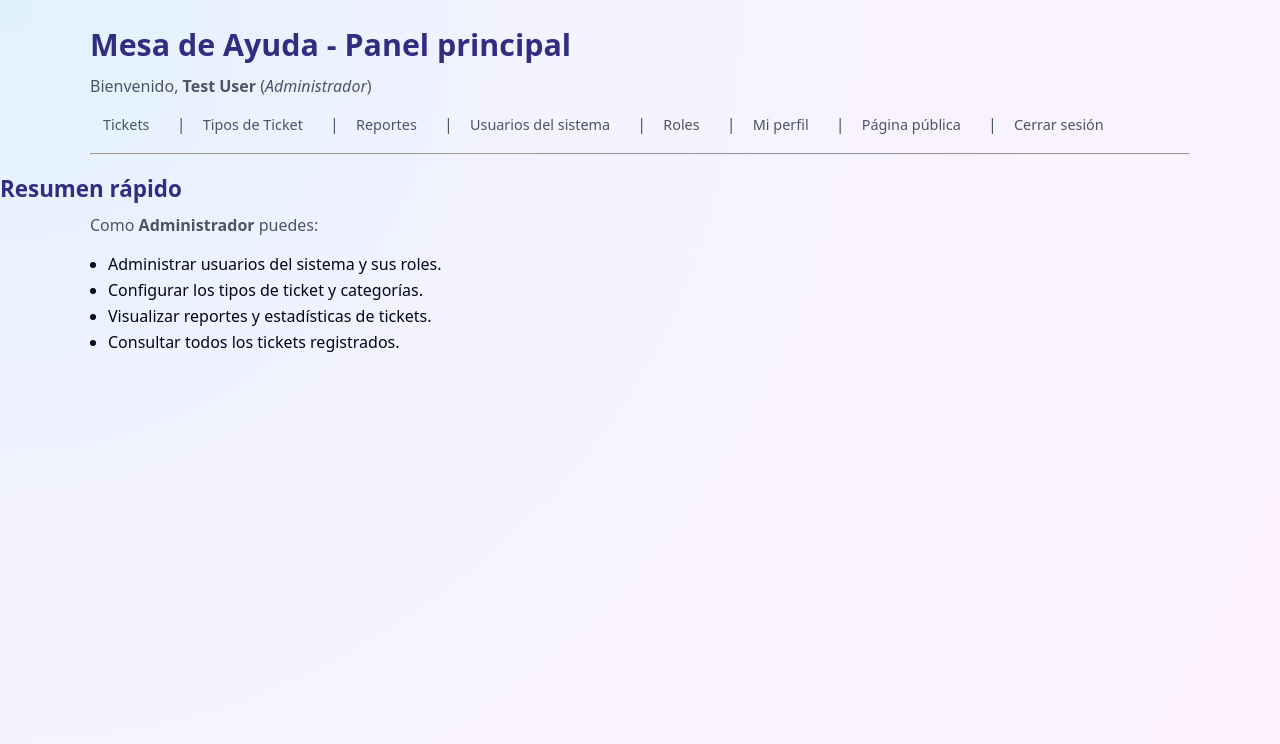
Repository: eleazarrrg/Proyecto-Mesa-Ayuda
Page: http://localhost/mesa-ayuda/dashboard.php
These files come from the project's save history. The page is drawn as it stood at one moment and after the next save; the edit follows.
The browser window is 1280 px wide. The pictures show the whole page.
The page is run by PHP 8.4 with error messages shown; the project is at /var/www/html/. The session is filled in as if someone had signed in: {"user_id": 1, "user_name": "Test User", "role_id": 1}. Other server files are loaded and not shown.

Above is the page before, as saved 2025-12-06 22:01:28.

### public/dashboard.php
<?php
// public/dashboard.php
session_start();

if (!isset($_SESSION['user_id'])) {
    header('Location: index.php');
    exit;
}

$nombreUsuario = $_SESSION['user_name'] ?? 'Usuario';
$roleId        = $_SESSION['role_id'] ?? null;

// Helpers de rol
$esAdmin     = ($roleId == 1);
$esAgente    = ($roleId == 2);
$esEstudiante= ($roleId == 3);

$nombreRol = 'Usuario';
if ($esAdmin) {
    $nombreRol = 'Administrador';
} elseif ($esAgente) {
    $nombreRol = 'Agente de TI';
} elseif ($esEstudiante) {
    $nombreRol = 'Estudiante';
}
?>
<!DOCTYPE html>
<html lang="es">
<head>
    <meta charset="UTF-8">
    <title>Mesa de Ayuda - Panel principal</title>
    <link rel="stylesheet" href="../assets/css/style.css">
</head>
<body>
    <h1>Mesa de Ayuda - Panel principal</h1>

    <p>
        Bienvenido, <strong><?= htmlspecialchars($nombreUsuario); ?></strong>
        (<em><?= htmlspecialchars($nombreRol); ?></em>)
    </p>

    <p>
        <!-- Opciones comunes -->
        <a href="tickets.php">Tickets</a>

        <!-- Solo ESTUDIANTE puede crear tickets -->
        <?php if ($esEstudiante): ?>
            | <a href="ticket_nuevo.php">Crear Ticket</a>
        <?php endif; ?>

        <!-- Admin: configuración y administración -->
        <?php if ($esAdmin): ?>
            | <a href="tipos_ticket.php">Tipos de Ticket</a>
            | <a href="reportes.php">Reportes</a>
            | <a href="usuarios.php">Usuarios del sistema</a>
            | <a href="roles.php">Roles</a>
        <?php endif; ?>

        <!-- Agente: puede ver reportes -->
        <?php if ($esAgente): ?>
            | <a href="reportes.php">Reportes</a>
        <?php endif; ?>

        | <a href="perfil.php">Mi perfil</a>
        | <a href="public_home.php">Página pública</a>
        | <a href="logout.php">Cerrar sesión</a>
    </p>

    <hr>

    <h2>Resumen rápido</h2>

    <?php if ($esAdmin): ?>
        <p>
            Como <strong>Administrador</strong> puedes:
        </p>
        <ul>
            <li>Administrar usuarios del sistema y sus roles.</li>
            <li>Configurar los tipos de ticket y categorías.</li>
            <li>Visualizar reportes y estadísticas de tickets.</li>
            <li>Consultar todos los tickets registrados.</li>
        </ul>
    <?php elseif ($esAgente): ?>
        <p>
            Como <strong>Agente de TI</strong> puedes:
        </p>
        <ul>
            <li>Ver y gestionar los tickets asignados desde el listado de tickets.</li>
            <li>Registrar la solución antes de culminar un ticket.</li>
            <li>Consultar reportes y estadísticas de tickets.</li>
        </ul>
    <?php elseif ($esEstudiante): ?>
        <p>
            Como <strong>Estudiante</strong> puedes:
        </p>
        <ul>
            <li>Crear nuevos tickets indicando el tipo de solicitud.</li>
            <li>Ver el estado de tus tickets y las respuestas del agente.</li>
            <li>Llenar la encuesta de satisfacción cuando el ticket se marca como culminado.</li>
            <li>Actualizar tu contraseña desde el módulo de perfil.</li>
        </ul>
    <?php else: ?>
        <p>Tu rol no está correctamente configurado. Contacta al administrador del sistema.</p>
    <?php endif; ?>
</body>
</html>

### assets/css/style.css
/* =========================================
   ESTILOS GENERALES
========================================= */
:root {
    /* Fondo general */
    --bg-body: #f5f3ff;
    --bg-card: #ffffff;

    /* Header y zonas oscuras */
    --bg-header: #4c1d95;
    --bg-header-soft: #312e81;

    /* Color principal */
    --primary: #0ea5e9;
    --primary-soft: #e0f2fe;
    --primary-dark: #0284c7;

    /* Semáforos */
    --danger: #ef4444;
    --success: #16a34a;
    --warning: #f59e0b;

    /* Texto y bordes */
    --text-main: #020617;
    --text-soft: #4b5563;
    --border-soft: #e5e7eb;

    /* Sombras y radios */
    --shadow-soft: 0 12px 28px rgba(15, 23, 42, 0.08);
    --radius-card: 14px;
    --radius-pill: 999px;

    --transition-fast: 0.18s ease-out;
    --font-main: system-ui, -apple-system, BlinkMacSystemFont, "Segoe UI", sans-serif;
}

*,
*::before,
*::after {
    box-sizing: border-box;
}

html, body {
    margin: 0;
    padding: 0;
}

body {
    font-family: var(--font-main);
    background: radial-gradient(circle at top left, #e0f2fe 0, #f5f3ff 40%, #fdf2ff 100%);
    color: var(--text-main);
    min-height: 100vh;
}

/* Contenedor principal centrado */
body > h1,
body > p,
body > form,
body > table,
body > hr,
body > ul {
    max-width: 1100px;
    margin-left: auto;
    margin-right: auto;
}

/* Para páginas que tengan un contenedor principal */
.container,
.wrapper-main {
    max-width: 1100px;
    margin: 24px auto 40px auto;
    padding: 0 16px;
}

/* =========================================
   TIPOGRAFÍA Y LINKS
========================================= */
h1 {
    font-size: 1.9rem;
    font-weight: 700;
    margin: 24px auto 10px auto;
    color: var(--bg-header-soft);
    text-align: left;
}

h2 {
    font-size: 1.4rem;
    margin: 18px auto 10px auto;
    color: var(--bg-header-soft);
}

h3 {
    font-size: 1.1rem;
    margin: 16px 0 8px 0;
    color: var(--bg-header-soft);
}

p {
    margin: 6px 0 10px;
    color: var(--text-soft);
    line-height: 1.45;
}

a {
    color: var(--primary);
    text-decoration: none;
    font-weight: 500;
}

a:hover {
    text-decoration: underline;
}

/* =========================================
   BARRA DE NAVEGACIÓN SENCILLA (la del dashboard)
========================================= */

body > p a {
    display: inline-block;
    margin-right: 10px;
    padding: 6px 12px;
    border-radius: var(--radius-pill);
    border: 1px solid transparent;
    background-color: transparent;
    font-size: 0.9rem;
    color: var(--text-soft);
    transition: background-color var(--transition-fast), color var(--transition-fast), border-color var(--transition-fast), transform var(--transition-fast);
}

body > p a:hover {
    background-color: var(--primary-soft);
    color: var(--primary-dark);
    border-color: rgba(37, 99, 235, 0.25);
    text-decoration: none;
    transform: translateY(-1px);
}

/* Para indicar la página actual manualmente si quieres */
.nav-active {
    background-color: var(--primary);
    color: #ffffff !important;
    border-color: var(--primary-dark);
}

/* =========================================
   CARDS (puedes usarlas envolviendo contenido con class="card")
========================================= */
.card {
    background-color: var(--bg-card);
    border-radius: var(--radius-card);
    box-shadow: var(--shadow-soft);
    padding: 18px 20px;
    margin: 18px auto;
    border: 1px solid rgba(148, 163, 184, 0.15);
}

.card-header {
    display: flex;
    align-items: baseline;
    justify-content: space-between;
    margin-bottom: 10px;
}

.card-header h2,
.card-header h3 {
    margin: 0;
}

.card-header small {
    color: var(--text-soft);
}

/* =========================================
   FORMULARIOS
========================================= */

form {
    background-color: var(--bg-card);
    border-radius: var(--radius-card);
    padding: 20px 22px;
    margin: 18px auto 30px auto;
    box-shadow: var(--shadow-soft);
    border: 1px solid rgba(148, 163, 184, 0.18);
}

label {
    display: block;
    font-size: 0.9rem;
    margin-bottom: 4px;
    font-weight: 600;
    color: var(--text-soft);
}

input[type="text"],
input[type="password"],
input[type="email"],
input[type="date"],
input[type="number"],
input[type="file"],
select,
textarea {
    width: 100%;
    max-width: 460px;
    padding: 9px 11px;
    border-radius: 9px;
    border: 1px solid var(--border-soft);
    font-size: 0.92rem;
    font-family: var(--font-main);
    outline: none;
    background-color: #f9fafb;
    color: var(--text-main);
    transition: border-color var(--transition-fast), box-shadow var(--transition-fast), background-color var(--transition-fast), transform var(--transition-fast);
}

textarea {
    resize: vertical;
    min-height: 90px;
}

input:focus,
select:focus,
textarea:focus {
    border-color: var(--primary);
    box-shadow: 0 0 0 1px rgba(37, 99, 235, 0.35);
    background-color: #ffffff;
    transform: translateY(-1px);
}

/* Separación entre grupos del formulario */
form > br {
    display: none; /* oculta <br> si los usas, el padding ya hace el espacio */
}

form > label + * {
    margin-bottom: 12px;
}

/* =========================================
   BOTONES
========================================= */

button,
input[type="submit"],
.btn {
    display: inline-flex;
    align-items: center;
    justify-content: center;
    padding: 8px 18px;
    border-radius: var(--radius-pill);
    border: none;
    font-size: 0.9rem;
    font-weight: 600;
    font-family: var(--font-main);
    background: linear-gradient(135deg, var(--primary), var(--primary-dark));
    color: #ffffff;
    cursor: pointer;
    box-shadow: 0 6px 16px rgba(37, 99, 235, 0.30);
    transition: transform var(--transition-fast), box-shadow var(--transition-fast), background var(--transition-fast), filter var(--transition-fast);
}

button:hover,
input[type="submit"]:hover,
.btn:hover {
    transform: translateY(-1px);
    box-shadow: 0 12px 20px rgba(37, 99, 235, 0.35);
    filter: brightness(1.03);
}

button:active,
input[type="submit"]:active,
.btn:active {
    transform: translateY(0);
    box-shadow: 0 4px 8px rgba(15, 23, 42, 0.3);
}

/* Variantes de botón */
.btn-secondary {
    background: #e5e7eb;
    color: #111827;
    box-shadow: none;
}

.btn-secondary:hover {
    background: #d1d5db;
    box-shadow: 0 4px 10px rgba(148, 163, 184, 0.4);
}

.btn-danger {
    background: linear-gradient(135deg, #ef4444, #b91c1c);
}

.btn-success {
    background: linear-gradient(135deg, #22c55e, #15803d);
}

/* =========================================
   MENSAJES (errores, éxito, info)
   (Puedes envolver tus mensajes con <div class="alert alert-error"> etc.)
========================================= */

.alert {
    padding: 10px 14px;
    border-radius: 10px;
    font-size: 0.9rem;
    margin: 12px auto;
    max-width: 1100px;
    border: 1px solid transparent;
}

.alert-error {
    background: #fef2f2;
    border-color: #fecaca;
    color: #b91c1c;
}

.alert-success {
    background: #ecfdf3;
    border-color: #bbf7d0;
    color: #166534;
}

.alert-info {
    background: #eff6ff;
    border-color: #bfdbfe;
    color: #1d4ed8;
}

/* Estilo específico para el UL de errores que ya tienes */
ul {
    padding-left: 18px;
}

ul li {
    margin-bottom: 4px;
}

/* Si no quieres cambiar tu HTML, al menos haz que el UL rojo se vea como alerta */
ul[style*="color:red"] {
    list-style: none;
    padding: 10px 14px;
    border-radius: 10px;
    background: #fef2f2;
    border: 1px solid #fecaca;
    color: #b91c1c !important;
}

/* =========================================
   TABLAS (listado de tickets, usuarios, etc.)
========================================= */

table {
    width: 100%;
    border-collapse: collapse;
    margin: 18px auto 28px auto;
    background-color: var(--bg-card);
    border-radius: 14px;
    overflow: hidden;
    box-shadow: var(--shadow-soft);
    font-size: 0.9rem;
}

table thead {
    background: linear-gradient(135deg, var(--bg-header), var(--bg-header-soft));
    color: #e5e7eb;
}

table thead th {
    padding: 10px 12px;
    text-align: left;
    font-weight: 600;
    border-bottom: 1px solid rgba(15, 23, 42, 0.5);
}

table tbody tr:nth-child(even) {
    background-color: #f9fafb;
}

table tbody tr:nth-child(odd) {
    background-color: #ffffff;
}

table td {
    padding: 9px 12px;
    border-bottom: 1px solid var(--border-soft);
    color: #111827;
}

table tbody tr:hover {
    background-color: #eff6ff;
}

/* Botones/links dentro de tablas */
table td a {
    font-size: 0.85rem;
    padding: 4px 9px;
    border-radius: var(--radius-pill);
    border: 1px solid transparent;
    background-color: #e5e7eb;
    color: #111827;
    font-weight: 500;
    text-decoration: none;
    margin-right: 4px;
}

table td a:hover {
    background-color: var(--primary-soft);
    color: var(--primary-dark);
    border-color: rgba(37, 99, 235, 0.4);
}

/* Paginación básica (los enlaces de números al final de tickets.php) */
p:has(a[href*="?p="]) {
    text-align: right;
    font-size: 0.86rem;
    color: var(--text-soft);
}

p:has(a[href*="?p="]) a {
    margin-left: 4px;
    margin-right: 0;
    padding: 3px 8px;
    border-radius: var(--radius-pill);
    border: 1px solid transparent;
    background-color: transparent;
}

p:has(a[href*="?p="]) a:hover {
    background-color: var(--primary-soft);
}

/* =========================================
   BADGES (estado, prioridad) - opcional
   Si agregas <span class="badge badge-estado-en-espera">EN_ESPERA</span>, etc.
========================================= */

.badge {
    display: inline-flex;
    align-items: center;
    justify-content: center;
    padding: 2px 10px;
    border-radius: var(--radius-pill);
    font-size: 0.72rem;
    font-weight: 600;
    letter-spacing: 0.02em;
}

.badge-estado-en-espera {
    background-color: #fef3c7;
    color: #92400e;
}

.badge-estado-en-proceso {
    background-color: #dbeafe;
    color: #1d4ed8;
}

.badge-estado-culminada {
    background-color: #dcfce7;
    color: #166534;
}

.badge-prioridad-baja {
    background-color: #e5e7eb;
    color: #374151;
}

.badge-prioridad-media {
    background-color: #fee2e2;
    color: #b91c1c;
}

.badge-prioridad-alta {
    background-color: #fee2e2;
    color: #991b1b;
}

/* =========================================
   LAYOUT RESPONSIVE
========================================= */

@media (max-width: 768px) {
    body > h1,
    body > p,
    body > form,
    body > table {
        padding-left: 12px;
        padding-right: 12px;
    }

    form {
        padding: 16px 14px;
    }

    table thead {
        display: none;
    }

    table,
    table tbody,
    table tr,
    table td {
        display: block;
        width: 100%;
    }

    table tr {
        margin-bottom: 14px;
        border-radius: 12px;
        border: 1px solid var(--border-soft);
        overflow: hidden;
        box-shadow: 0 6px 16px rgba(15, 23, 42, 0.06);
    }

    table td {
        border: none;
        padding: 7px 10px;
        position: relative;
    }

    table td::before {
        content: attr(data-label);
        font-size: 0.74rem;
        text-transform: uppercase;
        letter-spacing: 0.06em;
        color: var(--text-soft);
        display: block;
        margin-bottom: 2px;
    }
}

/* =========================================
   CABECERA SIMPLE PARA PÁGINA PÚBLICA (opcional)
========================================= */

.header-public {
    max-width: 1100px;
    margin: 0 auto 20px auto;
    padding: 16px 18px;
    background: linear-gradient(135deg, #4c1d95, #0ea5e9);
    color: #e5e7eb;
    border-radius: 0 0 18px 18px;
    box-shadow: 0 14px 26px rgba(15, 23, 42, 0.35);
}

.header-public h1 {
    color: #f9fafb;
    margin: 0 0 4px 0;
}

.header-public p {
    color: #e5e7eb;
    margin: 0;
}

After the next save:
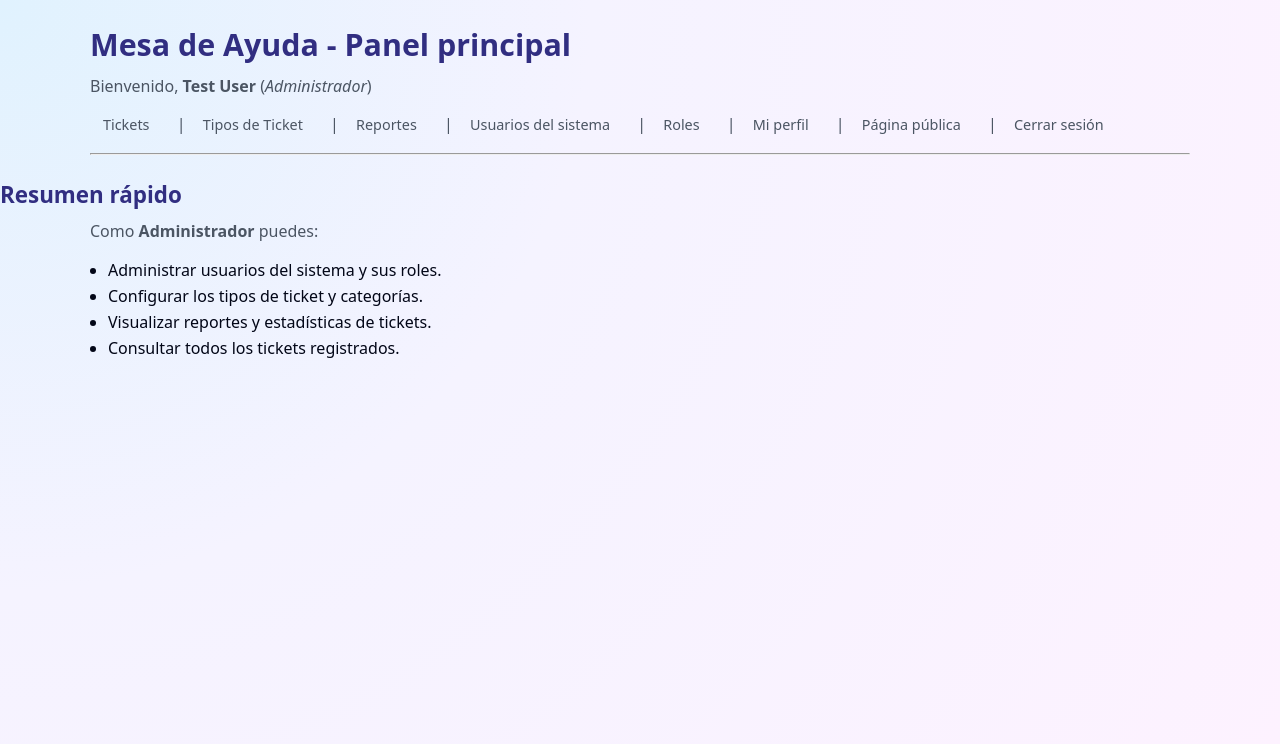
Saved 40 s later.
--- a/assets/css/style.css
+++ b/assets/css/style.css
@@ -85,7 +85,7 @@
 
 h2 {
     font-size: 1.4rem;
-    margin: 18px auto 10px auto;
+    margin: 24px auto 10px auto;
     color: var(--bg-header-soft);
 }
 

After the save that followed:
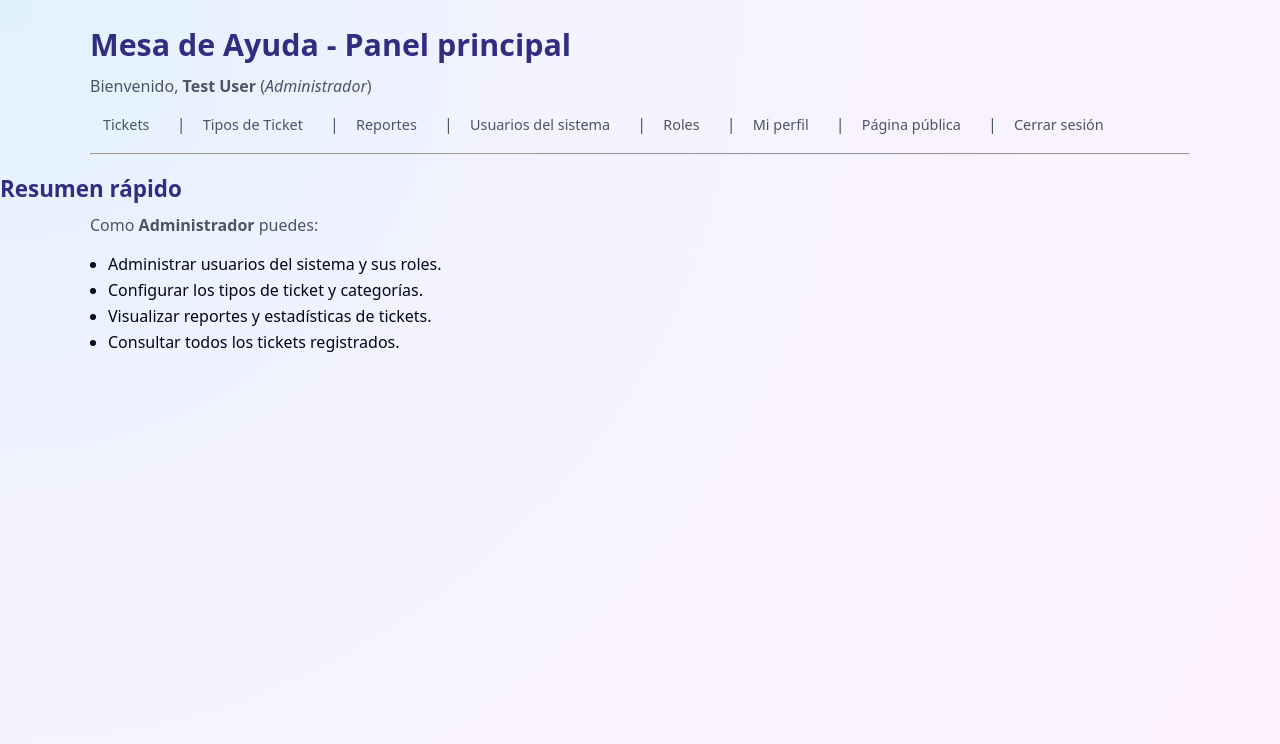
Saved 8 s later.
--- a/assets/css/style.css
+++ b/assets/css/style.css
@@ -85,7 +85,7 @@
 
 h2 {
     font-size: 1.4rem;
-    margin: 24px auto 10px auto;
+    margin: 18px 0 10px 0;
     color: var(--bg-header-soft);
 }
 
